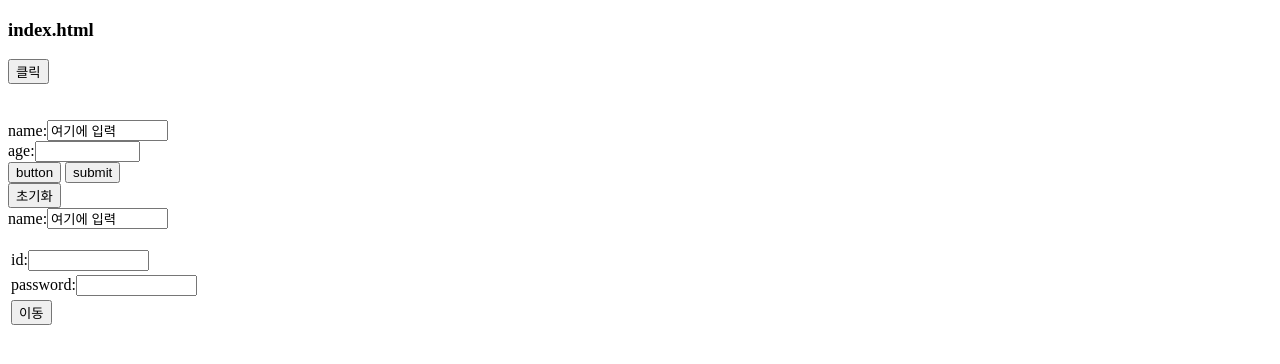
Repository: Jv2020/bitcamp
Page: html/sample04/WebContent/index.html
An editor plug-in stored every save of this project. The page is shown before and after the next save, followed by the edit.
The browser window is 1280 px wide. The pictures show the whole page.

Above is the page before, as saved 2020-01-03 02:43:09.

After the next save:
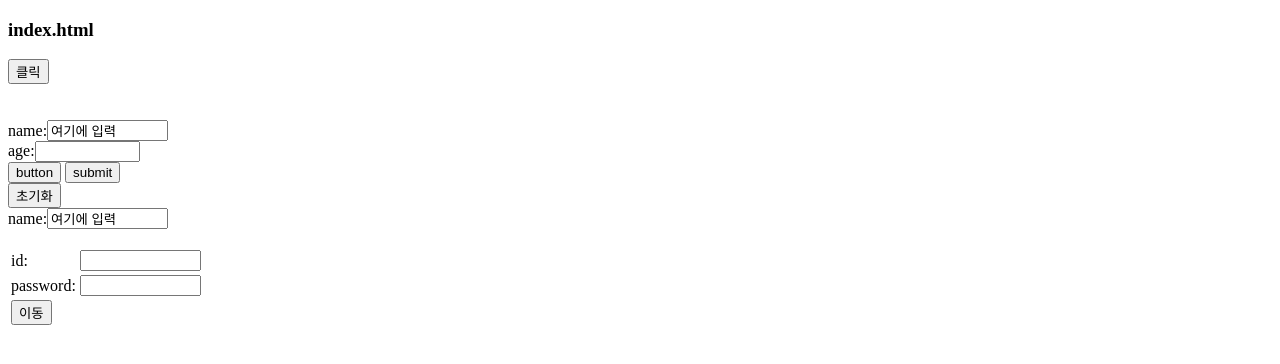
Saved 42 s later.
--- a/html/sample04/WebContent/index.html
+++ b/html/sample04/WebContent/index.html
@@ -59,13 +59,15 @@ name:<input type="text" value="여기에 입력" size="12">
 <form action="NewFile.jsp">
 	<table>
 		<tr>
-			<td>id:<input type="text" name="id" value="" size="12"></td>
+			<td>id:</td>
+			<td><input type="text" name="id" value="" size="12"></td>
 		</tr>
 		<tr>
-			<td>password:<input type = "password" name="pwd" size="12"></td>
+			<td>password:</td>
+			<td><input type = "password" name="pwd" size="12"></td>
 		</tr>
 		<tr>
-			<td><input type="submit" value="이동"></td>
+			<td colspan="2"><input type="submit" value="이동"></td>
 		</tr>
 	</table>
 </form>
